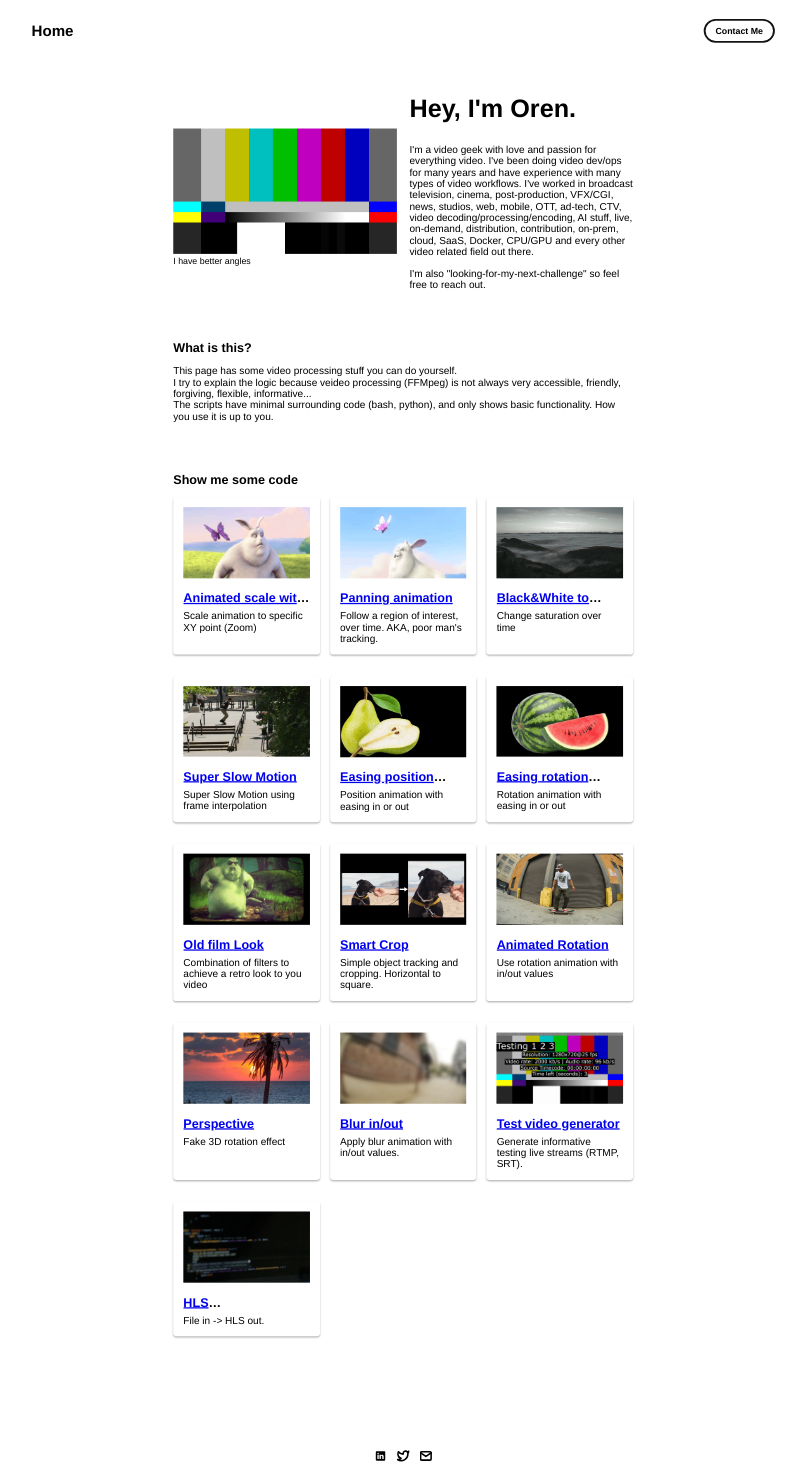
Repository: OrenShalmy/orenshalmy.github.io
Page: index.html
These files come from the project's save history. The page is drawn as it stood at one moment and after the next save; the edit follows.
The browser window is 1280 px wide. The pictures show the whole page, at 63% of full size.

Above is the page before, as saved 2024-09-17 15:11:13.

After the next save:
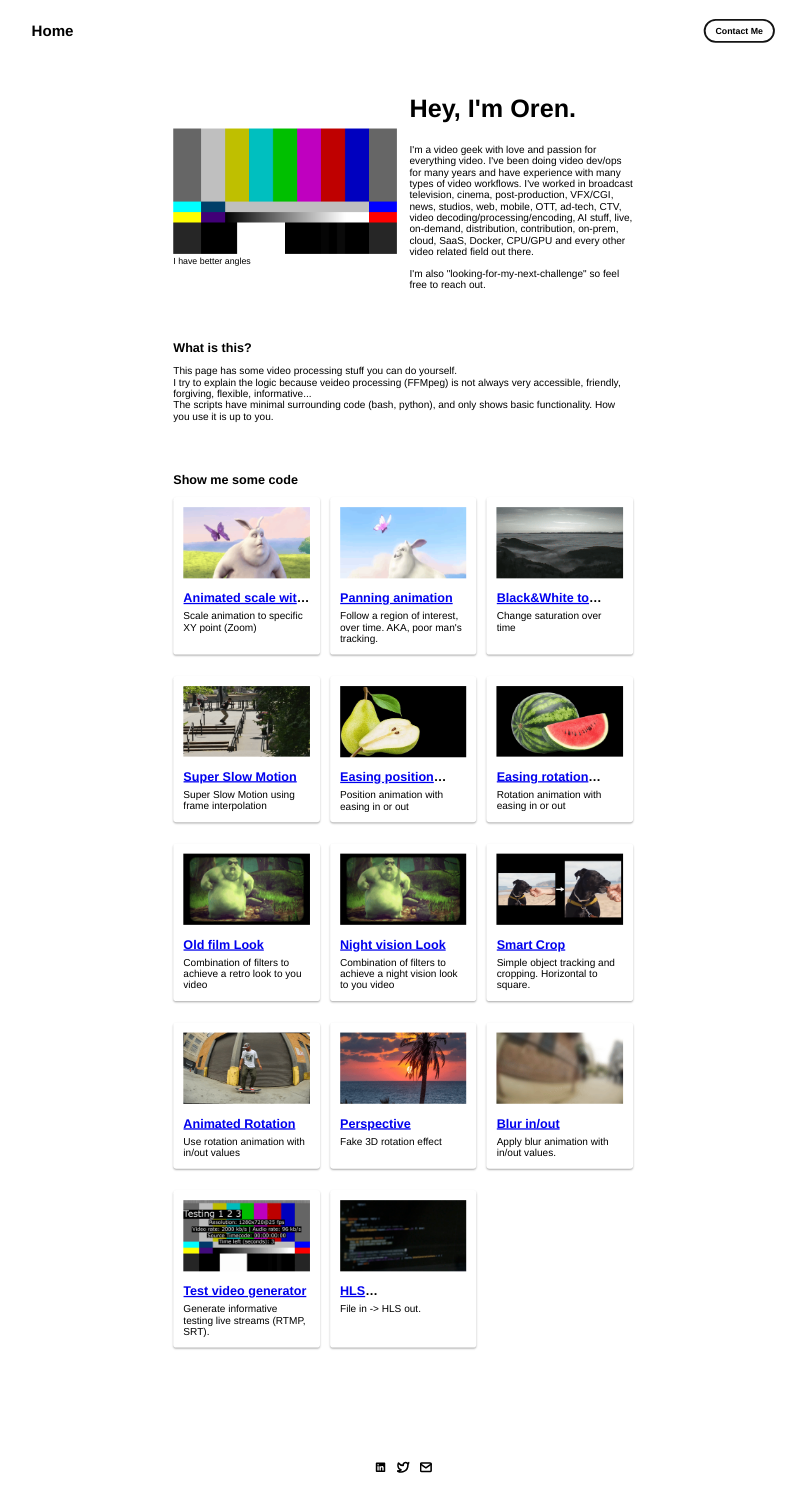
Saved 45 s later.
--- a/index.html
+++ b/index.html
@@ -158,6 +158,18 @@
           </div>
 
           <div class="project-card">
+            <img src="assets/media/retro.gif" />
+            <div class="project-card-text-container">
+              <div class="subheader-text project-title">
+                <a href="project-pages/retro.html">Night vision Look</a>
+              </div>
+              <div class="body-text project-card-text">
+                Combination of filters to achieve a night vision look to you video
+              </div>
+            </div>
+          </div>
+
+          <div class="project-card">
             <img src="assets/media/smartcrop.gif" />
             <div class="project-card-text-container">
               <div class="subheader-text project-title">
